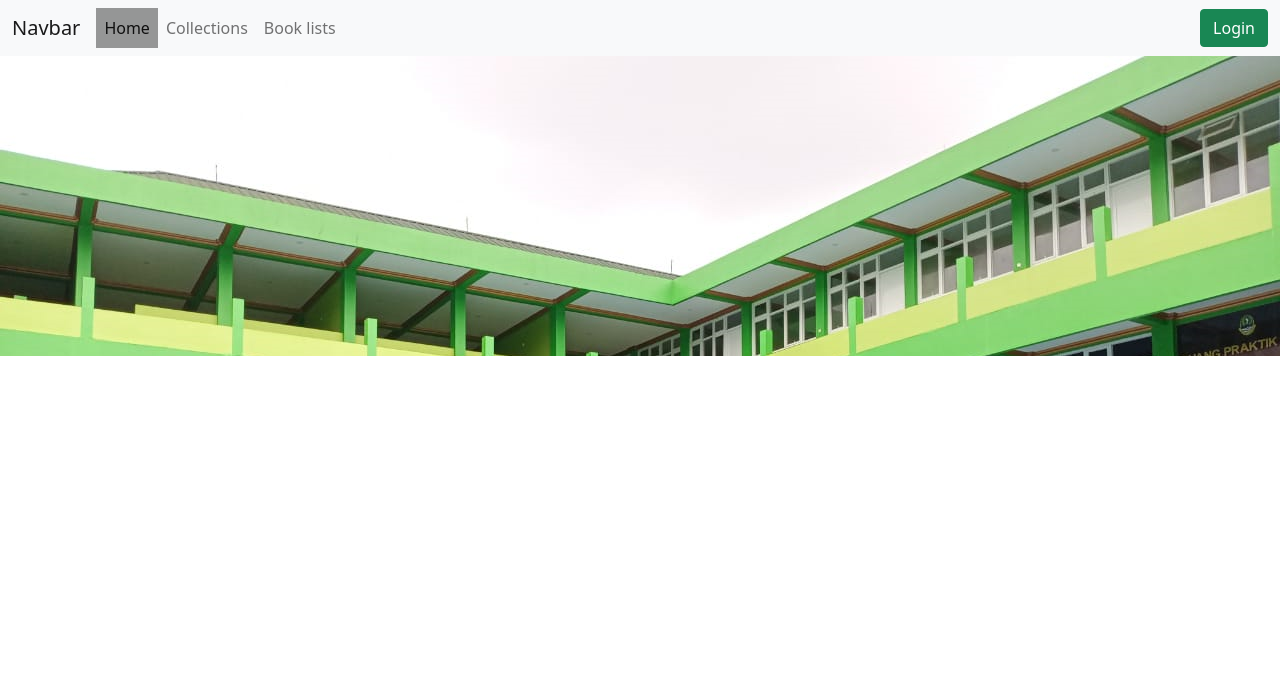
Repository: humanrizki/app-perpus-laravel-8
Page: http://localhost/home
The author's editor kept a copy of each file at every save. The page is drawn from the files as they stood at one save, then again after the next save.
The browser window is 1280 px wide. The pictures show the whole page.
An inner scrolling area shows only its first screen. Some web libraries are served in a nearby version. The page is served by the project's Laravel application, run on PHP 8.4 with Laravel 8. Other server files are loaded and not shown.

Above is the page before, as saved 2021-11-25 11:47:29.

### routes/web.php
<?php

use App\Http\Controllers\CollectionController;
use Illuminate\Support\Facades\Route;

/*
|--------------------------------------------------------------------------
| Web Routes
|--------------------------------------------------------------------------
|
| Here is where you can register web routes for your application. These
| routes are loaded by the RouteServiceProvider within a group which
| contains the "web" middleware group. Now create something great!
|
*/

Route::get('/', function () {
    return view('welcome');
});

Auth::routes();

Route::get('/home', [App\Http\Controllers\HomeController::class, 'index'])->name('home');
Route::get('/collections',[CollectionController::class,'index'])->name('collections');
Route::get('/collections/{collection:slug}',[CollectionController::class,'show']);

### app/Http/Controllers/HomeController.php
<?php

namespace App\Http\Controllers;

use Illuminate\Http\Request;

class HomeController extends Controller
{
    /**
     * Create a new controller instance.
     *
     * @return void
     */
    public function __construct()
    {
        $this->middleware('guest');
    }

    /**
     * Show the application dashboard.
     *
     * @return \Illuminate\Contracts\Support\Renderable
     */
    public function index()
    {
        return view('HomeTemplate',[
            'title'=>'home page'
        ]);
    }
}

### resources/views/homeTemplate.blade.php
@extends('layouts.capp')
@section('content')
    <div class="container-img" style="width: 100%; height:300px; overflow:auto;">
        <div class="img-content">
            <img src="img/cn.png" alt="" class="w-100" style="padding: 0px; margin:0px;">
        </div>
    </div>
@endsection

### resources/views/layouts/capp.blade.php
<!doctype html>
<html lang="en">
  <head>
    <meta charset="utf-8" />
    <meta http-equiv="X-UA-Compatible" content="IE=edge,chrome=1" />
    <meta content='width=device-width, initial-scale=1.0, maximum-scale=1.0, user-scalable=0, shrink-to-fit=no' name='viewport' />
    <title>{{ $title }}</title>

    <!--     Fonts and icons     -->
    <link href="https://fonts.googleapis.com/css?family=Montserrat:400,700,200" rel="stylesheet" />
    <link href="https://use.fontawesome.com/releases/v5.0.6/css/all.css" rel="stylesheet">
    <style>
      *,body{
        margin: 0px;
        padding: 0px;
      }
    </style>
    <link href="https://cdn.jsdelivr.net/npm/bootstrap@5.0.2/dist/css/bootstrap.min.css" rel="stylesheet" integrity="sha384-EVSTQN3/azprG1Anm3QDgpJLIm9Nao0Yz1ztcQTwFspd3yD65VohhpuuCOmLASjC" crossorigin="anonymous">
    <link rel="stylesheet" href="css/ul.css">
  </head>
  <body>
    @include('partials.header')
    @yield('content')

    <!--   Core JS Files   -->
    <script src="https://cdn.jsdelivr.net/npm/bootstrap@5.0.2/dist/js/bootstrap.bundle.min.js" integrity="sha384-MrcW6ZMFYlzcLA8Nl+NtUVF0sA7MsXsP1UyJoMp4YLEuNSfAP+JcXn/tWtIaxVXM" crossorigin="anonymous"></script>
  </body>
</html>

### resources/views/partials/header.blade.php

<nav class="navbar navbar-expand-lg navbar-light bg-light">
    <div class="container-fluid">
      <a class="navbar-brand" href="#">Navbar</a>
      <button class="navbar-toggler" type="button" data-bs-toggle="collapse" data-bs-target="#navbarSupportedContent" aria-controls="navbarSupportedContent" aria-expanded="false" aria-label="Toggle navigation">
        <span class="navbar-toggler-icon"></span>
      </button>
      <div class="collapse navbar-collapse" id="navbarSupportedContent">
        <ul class="navbar-nav me-auto mb-2 mb-lg-0">
          <li class="nav-item">
            <a class="nav-link {{ (request()->is('home')) ? 'active':'';}}" aria-current="page" href="/home">Home</a>
          </li>
          <li class="nav-item ">
            <a class="nav-link {{ (request()->is('collections*')) ? 'active':'';}}" href="/collections">Collections</a>
          </li>
          <li class="nav-item">
            <a class="nav-link {{ (request()->is('lists')) ? 'active':'';}}" href="/lists">Book lists</a>
          </li>
        </ul>
        <div class="container-login">
            <a href="/login" class="btn btn-success">Login</a>
        </div>
      </div>
    </div>
  </nav>

### public/css/ul.css
.nav-link.active{
    background-color: rgba(0, 0, 0, 0.4);
}

Loaded but not shown: app/Providers/AppServiceProvider.php (common file); app/Http/Controllers/Auth/ConfirmPasswordController.php (common file); app/Http/Controllers/Controller.php (common file)

After the next save:
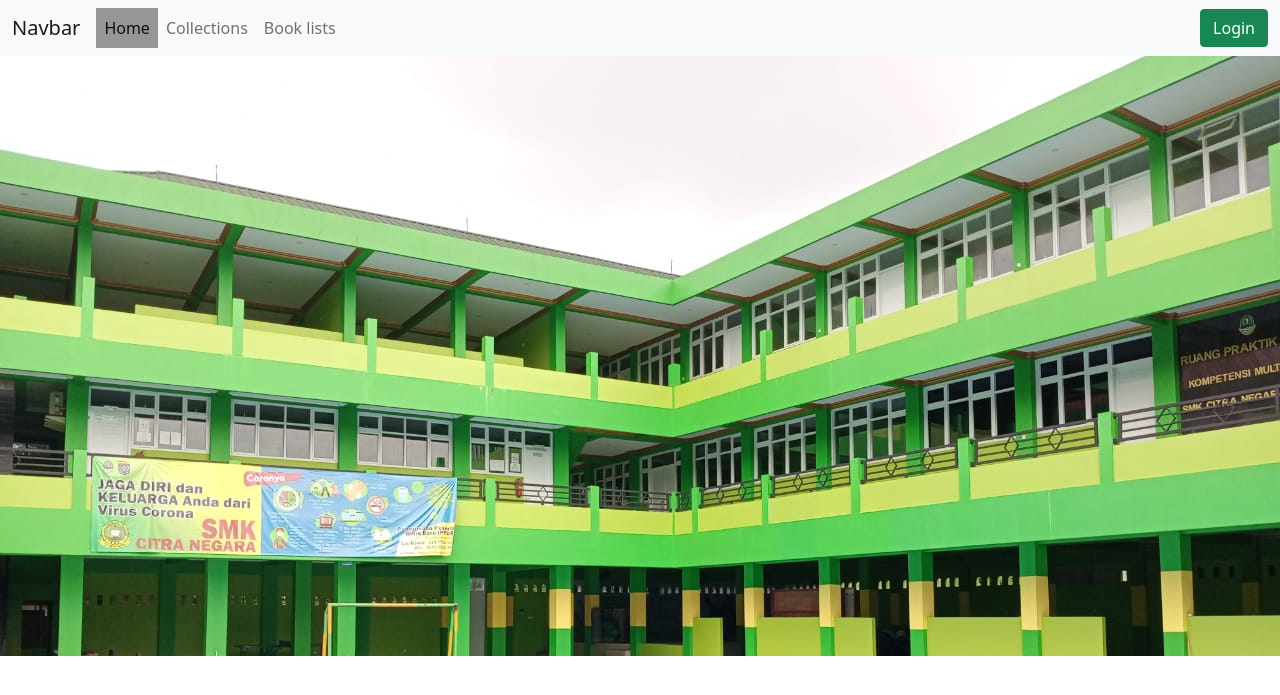
Saved 30 s later.
--- a/resources/views/homeTemplate.blade.php
+++ b/resources/views/homeTemplate.blade.php
@@ -1,6 +1,6 @@
 @extends('layouts.capp')
 @section('content')
-    <div class="container-img" style="width: 100%; height:300px; overflow:auto;">
+    <div class="container-img" style="width: 100%; height:600px; overflow:auto;">
         <div class="img-content">
             <img src="img/cn.png" alt="" class="w-100" style="padding: 0px; margin:0px;">
         </div>
